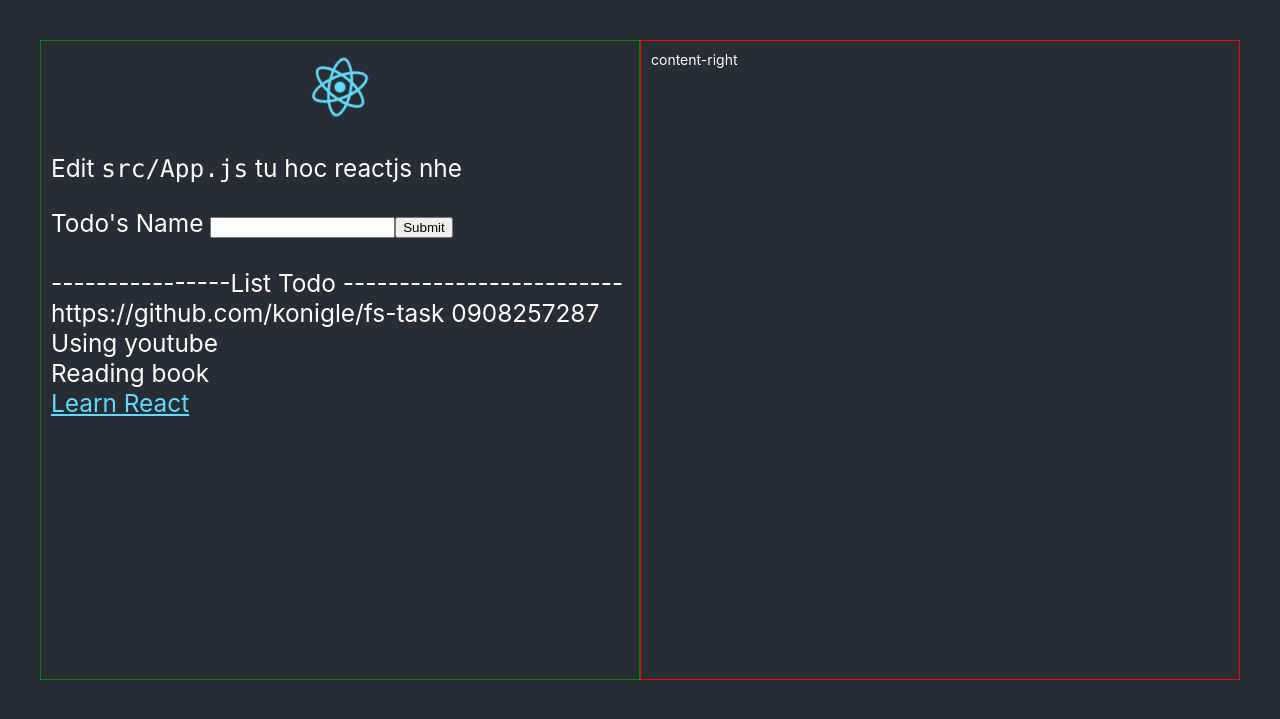
Repository: baothi/learn-reactjs
Page: /
An editor plug-in stored every save of this project. The page is shown before and after the next save, followed by the edit.
The browser window is 1280 px wide. The pictures show the whole page.
The project was rebuilt for these pictures with package versions that can differ from the ones it lists, and the page was loaded fresh each time.

Above is the page before, as saved 2022-10-04 17:46:04.

### src/App.js
import logo from './logo.svg';
import './App.css';
import Home from './componets/Home';
import AddNewProduct from './componets/AddNewProduct';

// function App() {
const App = () => {
  // const x = [1, 2, 3, 4, { name: 'John', age: 36 }] ==> {JSON.stringify(x)}
  const x = "tu hoc reactjs nhe"
  return (
    <div className="App" /*style={{ border: '1px solid red', textTransform: 'uppercase'}}*/ >
      <header className="App-header content-left">
        <div style={{ textAlign: "center" }}>
          <img src={logo} className="App-logo" alt="logo" />
        </div>

        <p>
          Edit <code>src/App.js</code> {x}
          {/* {console.log(x)} */}
        </p>
        <Home />
        <a
          className="App-link"
          href="https://reactjs.org"
          target="_blank"
          rel="noopener noreferrer"
        >
          Learn React
        </a>
      </header>
      <div className='content-right'>
        content-right
      </div>
    </div>
  );
}

export default App;

### src/App.css
.App {
  /* text-align: center; */
  padding: 40px;
  font-size: 14px;
  background-color: #282c34;
  height: calc(100vh - 80px);
  display: flex;
}

.App-logo {
  height: 10vmin;
  pointer-events: none;
}

@media (prefers-reduced-motion: no-preference) {
  .App-logo {
    animation: App-logo-spin infinite 20s linear;
  }
}

.App-header {

  /* min-height: 100vh; */
  /* display: flex;
  flex-direction: column;
  align-items: center; */
  /* justify-content: center; */
  font-size: calc(10px + 2vmin);
  color: white;
}

.App-link {
  color: #61dafb;
}

@keyframes App-logo-spin {
  from {
    transform: rotate(0deg);
  }

  to {
    transform: rotate(360deg);
  }
}

.content-left {
  width: 50%;
  padding: 10px;
  border: 1px solid green;
}

.content-right {
  width: 50%;
  padding: 10px;
  border: 1px solid red;
  color: white;
}

### src/componets/Home.js
import React, { useState } from 'react';
import _ from 'lodash';
import AddTodo from './AddTodo';
import DisplayTodo from './DisplayTodo';

const Home = () => {
    // const [name, setName] = useState("")
    const [todo, setTodo] = useState("")
    // const hankdleClickBtn = (event, mgs) => {
    //     // console.log(" >> run Hankdle Click ", event.target, " -> ", mgs)
    // }
    const [ListTodo, setListTodo] = useState([
        { id: 'todo1', name: 'https://github.com/konigle/fs-task 0908257287' },
        { id: 'todo2', name: 'Using youtube' },
        { id: 'todo3', name: 'Reading book' }
    ])

    const randomIntFromInterval = (min, max) => {
        return Math.floor(Math.random() * (max - min + 1)) + min
    }


    const hankdleClickBtn = () => {
        if (!todo) {
            alert("Todo's name is not empty")
            return;
        }
        let todoId = randomIntFromInterval(4, 99)
        let todoItem = {
            id: `todo${todoId}`,   // string template
            name: todo
        }
        // cach 1
        let curentTodoList = _.clone(ListTodo);
        curentTodoList.push(todoItem)
        // console.log(" check curentTodoList : ", curentTodoList)
        setListTodo(curentTodoList)
        setTodo("")
        // cach 2
        //setListTodo([...ListTodo, todoItem]) // toan tử ... này là spread operator đây là toán tử copy
    }

    const handleDeleteTodo = (id) => {
        let curentTodoList = _.clone(ListTodo);
        curentTodoList = curentTodoList.filter(item => item.id !== id);
        // curentTodoList = curentTodoList.filter(item => {
        //     if (item.id !== id) return item;
        // });
        setListTodo(curentTodoList);
    }
    const myInfor = { channel: "hoc lap trinh reactjs", age: 25 }

    return (
        <div className="container">

            <div className="row">
                <AddTodo
                    todo={todo}
                    setTodo={setTodo}
                    hankdleClickBtn={hankdleClickBtn}
                />
                <DisplayTodo
                    chilData={ListTodo} // x=u => x <- y
                    name={"bao thi"} // x=u => x <- y
                    myInfor={myInfor} // x=u => x <- y
                    deleteTodoInParent={handleDeleteTodo}
                />

            </div>
        </div>
    )
}

// class Home extends React.Component {

//     // khai báo state
//     state = {
//         name: 'todoList'
//     }
//     render() {
//         return (
//             <div className="container">
//                 <div className="row">

//                     <label>Your Name   </label>
//                     <input type="text" onChange={(event) => this.setState({ name: event.target.value })} />
//                     <br /><br />
//                     helo Todo list with name = {this.state.name}
//                 </div>
//             </div>
//         )
//     }
// }

export default Home;

### src/componets/AddTodo.js

const AddTodo = (props) => {
    const { todo, setTodo, hankdleClickBtn } = props
    return (
        <div>
            <label>Todo's Name   </label>
            {/* <input value={name} type="text"
                    onChange={(event) => {
                        // console.log("event.target : ", event)
                        setName(event.target.value)
                    }
                    } /> */}

            <input value={todo} type="text"
                onChange={(event) => {
                    // console.log("event.target : ", event)
                    setTodo(event.target.value)
                }
                } />
            {/* <button type="button" onClick={() => {
                    hankdleClickBtn("event", 'buttonClick')
                }}>Submit</button> */}
            <button type="button" onClick={() => {
                hankdleClickBtn()
            }}>Submit</button>



            <br /><br />
        </div>
    )
}
export default AddTodo

### src/componets/DisplayTodo.js

const DisplayTodo = (props) => {
    const deleteTodoFromChild = (id) => {
        props.deleteTodoInParent(id)
    }

    const ListTodo = props.chilData;
    return (
        <div>
            <div> ----------------List Todo ------------------------- </div>
            {ListTodo.map((item, index) => {
                // console.log("check item: ", item, " index: ", index, "id ", item.id)
                return (
                    <div id={item.id} key={item.id} onClick={() => deleteTodoFromChild(item.id)}>{item.name}</div>
                )
            })}
        </div>
    )
}

export default DisplayTodo;

### src/componets/AddNewProduct.js
const AddNewProduct = () => {
    return (
        <div>
            AddNewProduct from from
        </div>
    )
}

export default AddNewProduct

Loaded but not shown: public/index.html (common file); src/index.js (common file); src/index.css (common file); src/reportWebVitals.js (common file)

After the next save:
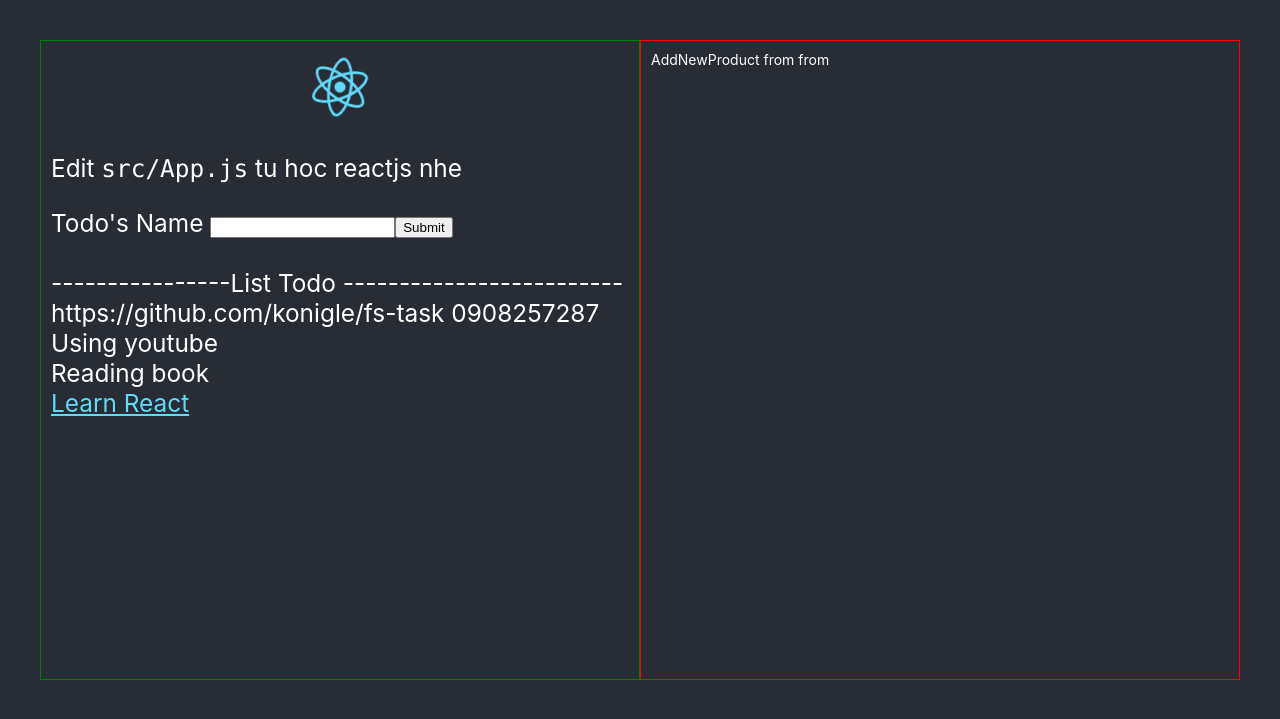
Saved 25 s later.
--- a/src/App.js
+++ b/src/App.js
@@ -29,7 +29,7 @@
         </a>
       </header>
       <div className='content-right'>
-        content-right
+        <AddNewProduct />
       </div>
     </div>
   );
